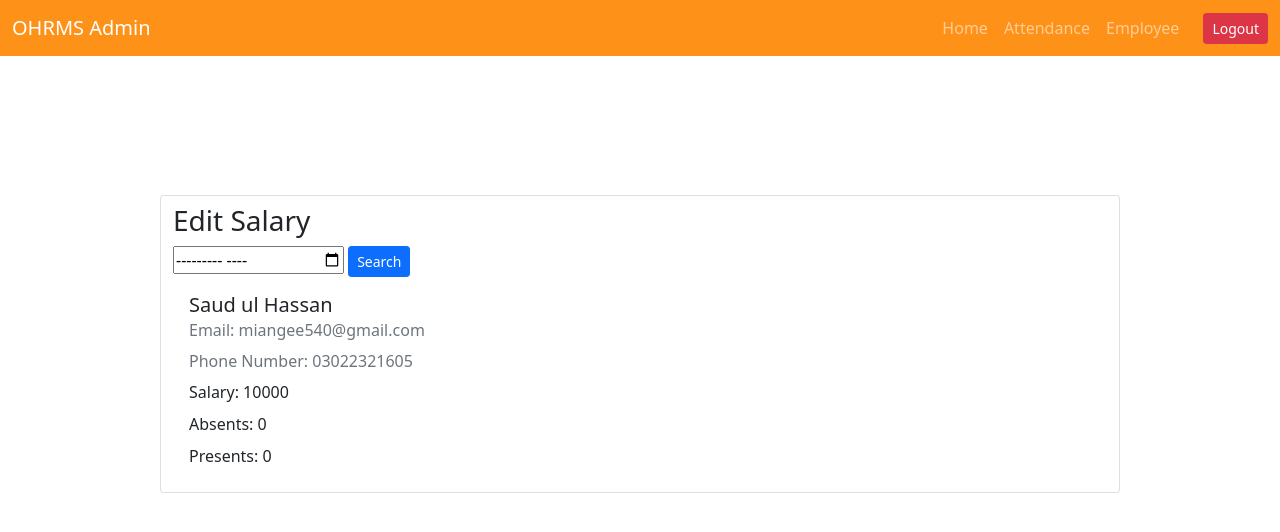
Repository: SaudCh/PHP-OHRMS
Page: http://localhost/admin/edit-salary?id=49
An editor plug-in stored every save of this project. The page is shown before and after the next save, followed by the edit.
The browser window is 1280 px wide. The pictures show the whole page.
Some web libraries are served in a nearby version. The page is run by PHP 8.4 with error messages shown; the project is at /var/www/html/. The session is filled in as if someone had signed in: {"admin": "admin@ohrm.com"}. The database holds what the project's SQL file puts in it. Queries for data that is not in the repository find no rows.

Above is the page before, as saved 2022-06-05 22:49:44.

After the next save:
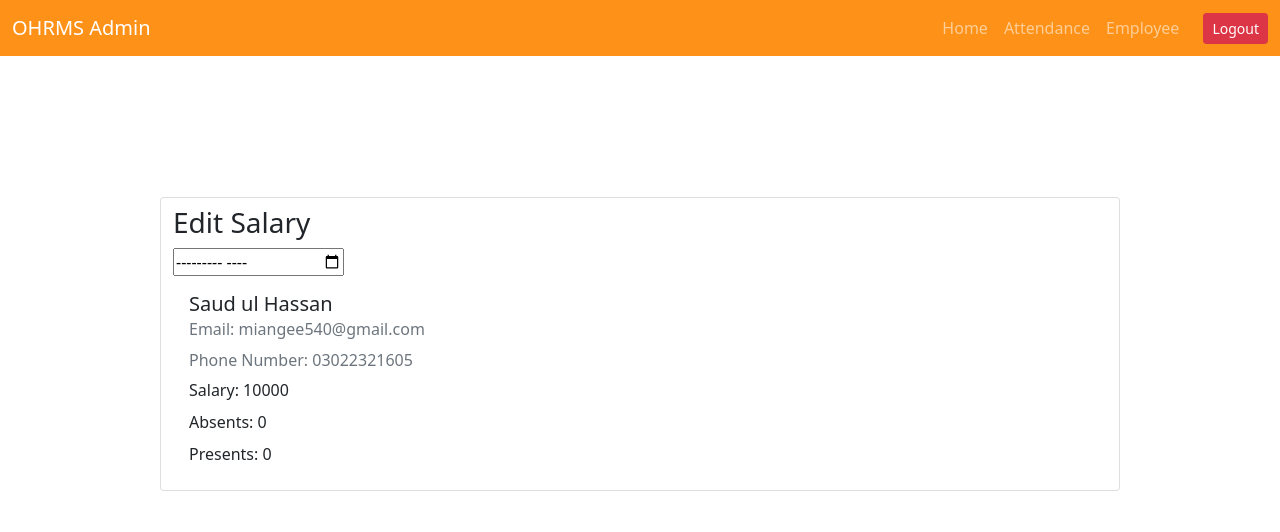
Saved 4 min 20 s later.
--- a/admin/edit-salary.php
+++ b/admin/edit-salary.php
@@ -21,7 +21,6 @@
                         <h3>Edit Salary</h3>
                         <div>
                             <input type="month" id="date" name="date">
-                            <button class="btn btn-sm btn-primary" id="search">Search</button>
                         </div>
                     </form>
                 </div>
